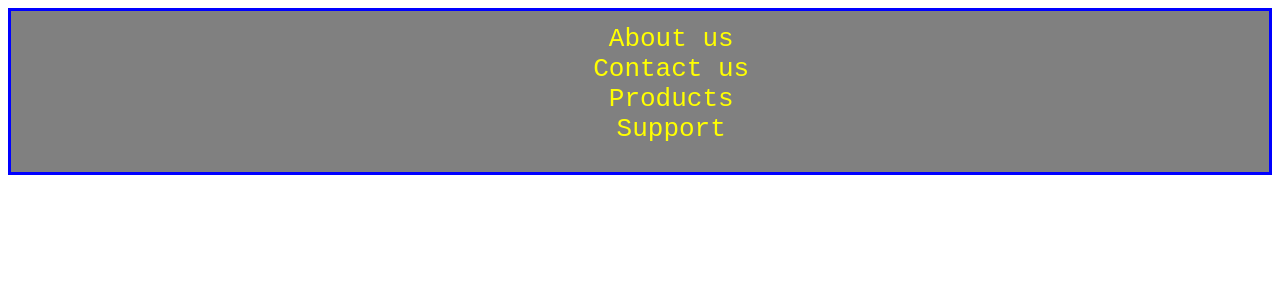
Repository: SrikanthGadde/MaGE-JavaFS
Page: Week-1/Sept1/HTML&CSS/WebContent/Test.html
The author's editor kept a copy of each file at every save. The page is drawn from the files as they stood at one save, then again after the next save.
The browser window is 1280 px wide. The pictures show the whole page.

Above is the page before, as saved 2020-09-01 07:32:53.

### Week-1/Sept1/HTML&CSS/WebContent/Test.html
<!DOCTYPE html>
<html>
<head>
<!-- <meta charset="ISO-8859-1"> -->
<title>Insert title here</title>
 <!-- Property: Value-->
<style>
	a:hover {
  /*background-color: yellow;*/
  color: blue
}
	a{
		/*background-color: orange;*/
		color: yellow;
		font-size: xx-large;
		text-align:center
	}
	div{
	border:solid 3px blue;
	background-color: gray;
	text-align: center;
	align-items: center;
	}
</style>
</head>
<body>
<div>
	<pre>
	<a>About us</a>
	<a>Contact us</a>
	<a>Products</a>
	<a>Support</a>
	</pre>
</div>
</body>
</html>

After the next save:
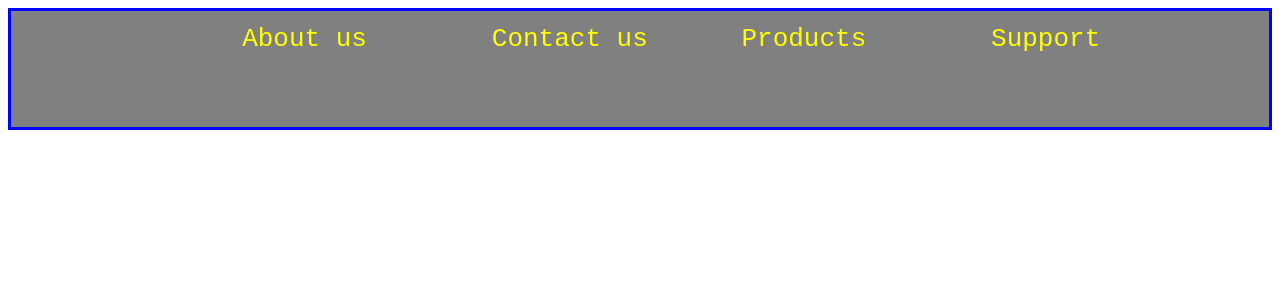
Saved 38 s later.
--- a/Week-1/Sept1/HTML&CSS/WebContent/Test.html
+++ b/Week-1/Sept1/HTML&CSS/WebContent/Test.html
@@ -26,10 +26,10 @@
 <body>
 <div>
 	<pre>
-	<a>About us</a>
-	<a>Contact us</a>
-	<a>Products</a>
-	<a>Support</a>
+	<a>About us</a>		<a>Contact us</a>		<a>Products</a>		<a>Support</a>
+
+
+
 	</pre>
 </div>
 </body>
